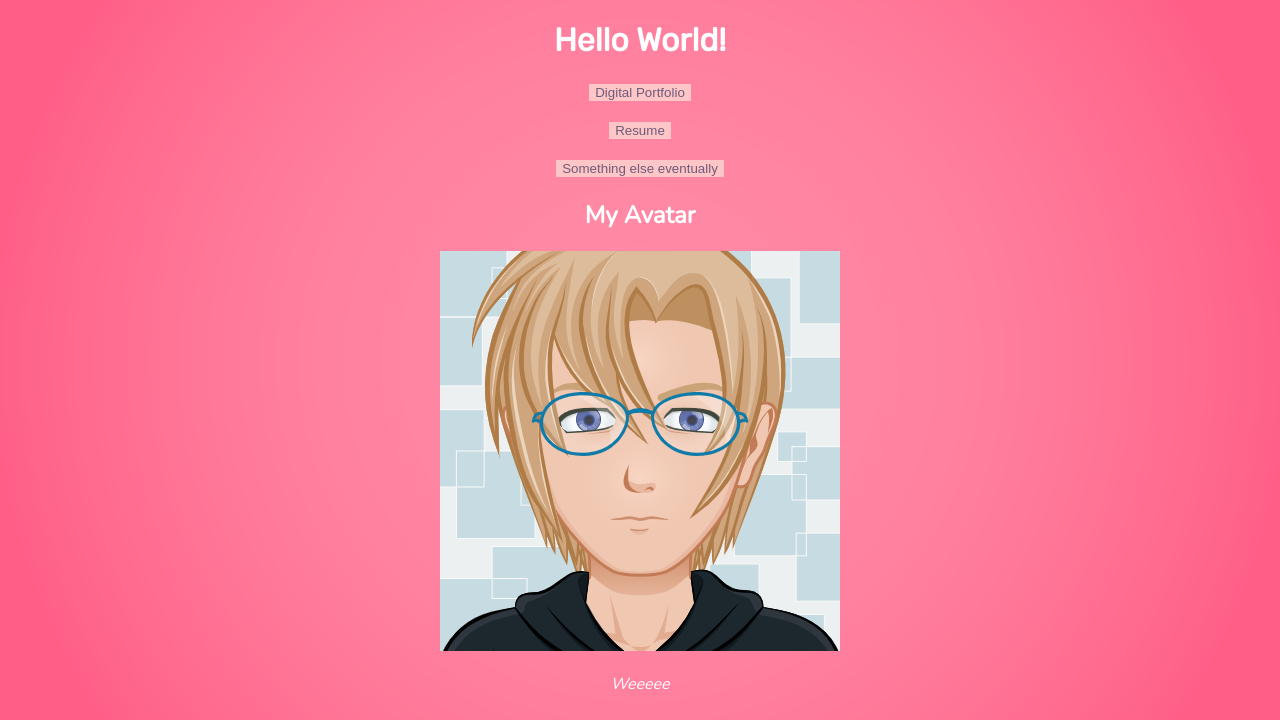
Repository: Ivyeomnky/Ivyeomnky.github.io
Page: index.html
The author's editor kept a record of every edit. The page is drawn from the files as they stood at one moment, then again after the next edit.
The browser window is 1280 px wide. The pictures show the whole page.
Backgrounds fixed to the window are drawn as part of the page.

Above is the page before.

### index.html
<!doctype html>
<html>
    <style>
    </style>
    <head>
        <title>Welcome!</title>
        <link rel="stylesheet" href="css.css">
        <link href="https://fonts.googleapis.com/css?family=Nunito|Roboto|Rubik&display=swap" rel="stylesheet">
    </head>
    <body>
        <center>
        <h1>Hello World!</h1>
        <div class="font-effect-anaglyph">
        <a href="dp.html" target="_blank"><button>Digital Portfolio</button></a>
        <p><a href="resume.html" target="_blank"><button>Resume</button></a></p>
        <p><a href="html.html" target="_blank"><button>Something else eventually</button></a></p>

        <h2>My Avatar</h2></p>
        <img src="images/myAvatar.png" alt="My Avatar" width="400" height="400">
        <p><i>Weeeee</i></p>
        </center>
    </body>
</html>

### css.css
body {
  color: White;
  font-family: 'Nunito', sans-serif;
  background-image: url('images/pinkBG.png');
  background-repeat: no-repeat;
  background-attachment: fixed;
  background-size: cover;
}
h1 {
  font-family: 'Rubik', sans-serif;
}
button{
    background-color: #ffc6c7;
    border: None;
    color: #6c5b7b;
    opacity:100;

}

After the next edit:
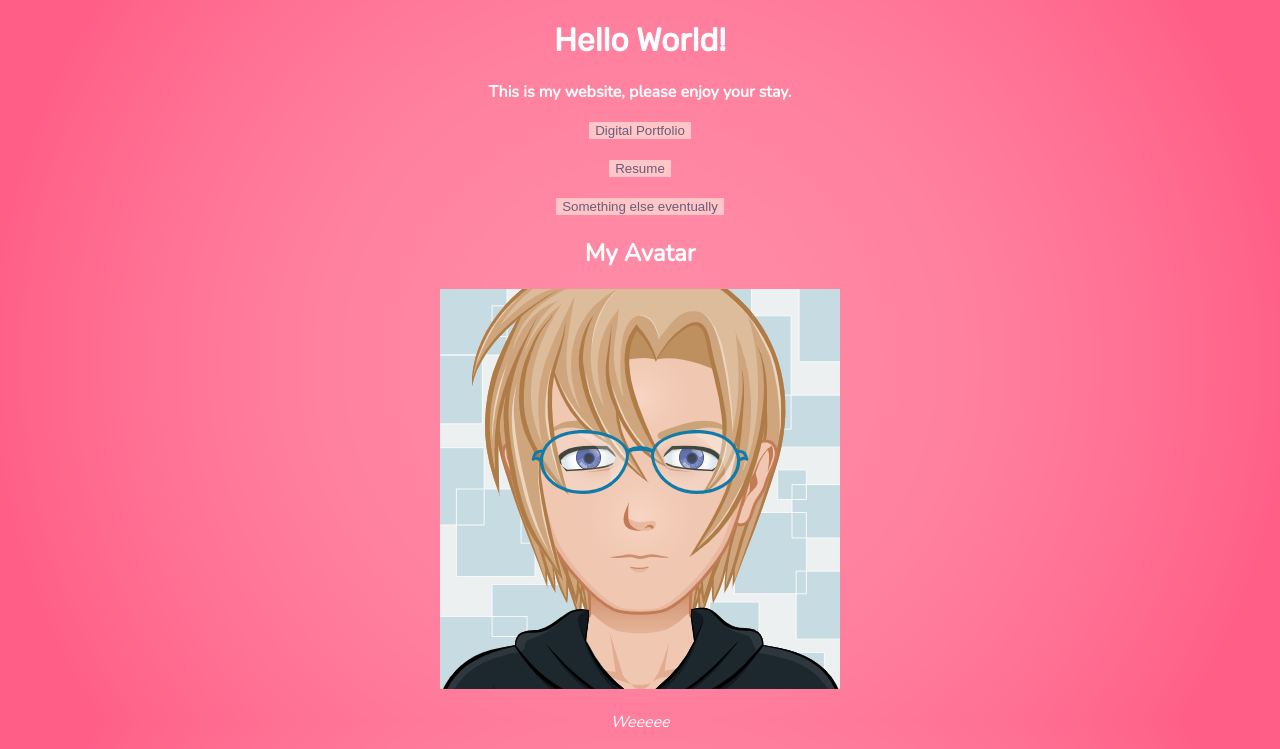
The edit:
--- a/index.html
+++ b/index.html
@@ -10,6 +10,7 @@
     <body>
         <center>
         <h1>Hello World!</h1>
+        <center><p><b>This is my website, please enjoy your stay.</b></center>
         <div class="font-effect-anaglyph">
         <a href="dp.html" target="_blank"><button>Digital Portfolio</button></a>
         <p><a href="resume.html" target="_blank"><button>Resume</button></a></p>
